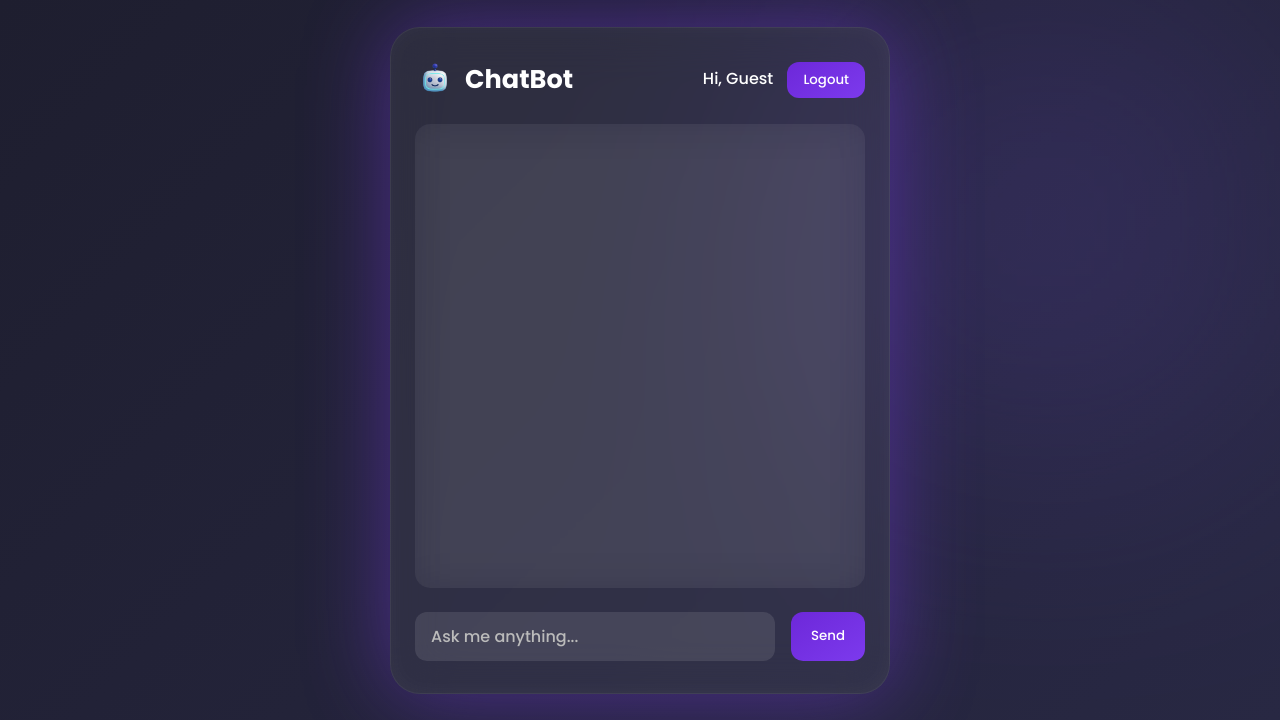
Repository: Punith-Singh/chatbot
Page: frontend/home.html
The author's editor kept a copy of each file at every save. The page is drawn from the files as they stood at one save, then again after a run of saves.
The browser window is 1280 px wide. The pictures show the whole page.

Above is the page before, as saved 2025-07-20 14:17:57.

After the next 2 saves:
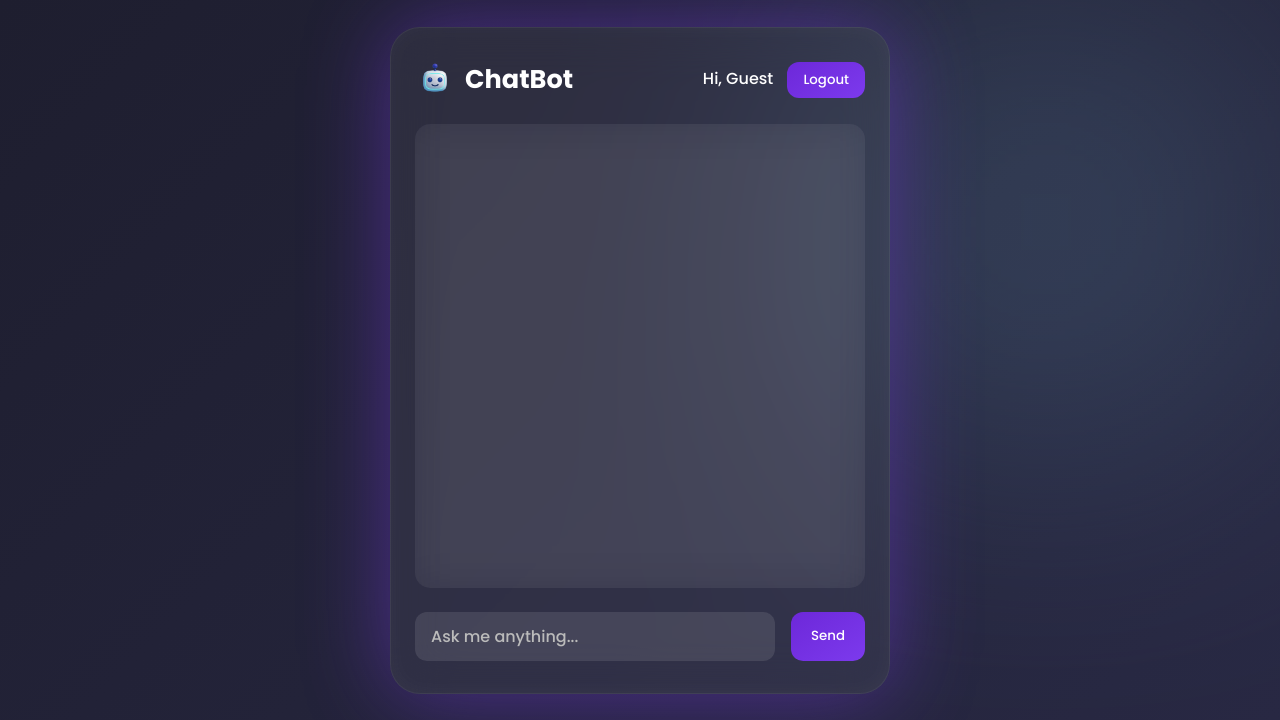
The 2 saves are shown as one change because they came seconds apart.
The last was saved 14 s later.
--- a/frontend/home.html
+++ b/frontend/home.html
@@ -28,7 +28,7 @@
       left: 70%;
       width: 300px;
       height: 300px;
-      background: #7f5af0;
+      background: skyblue;
       filter: blur(150px);
       opacity: 0.4;
       z-index: 0;

After the 2 saves that followed:
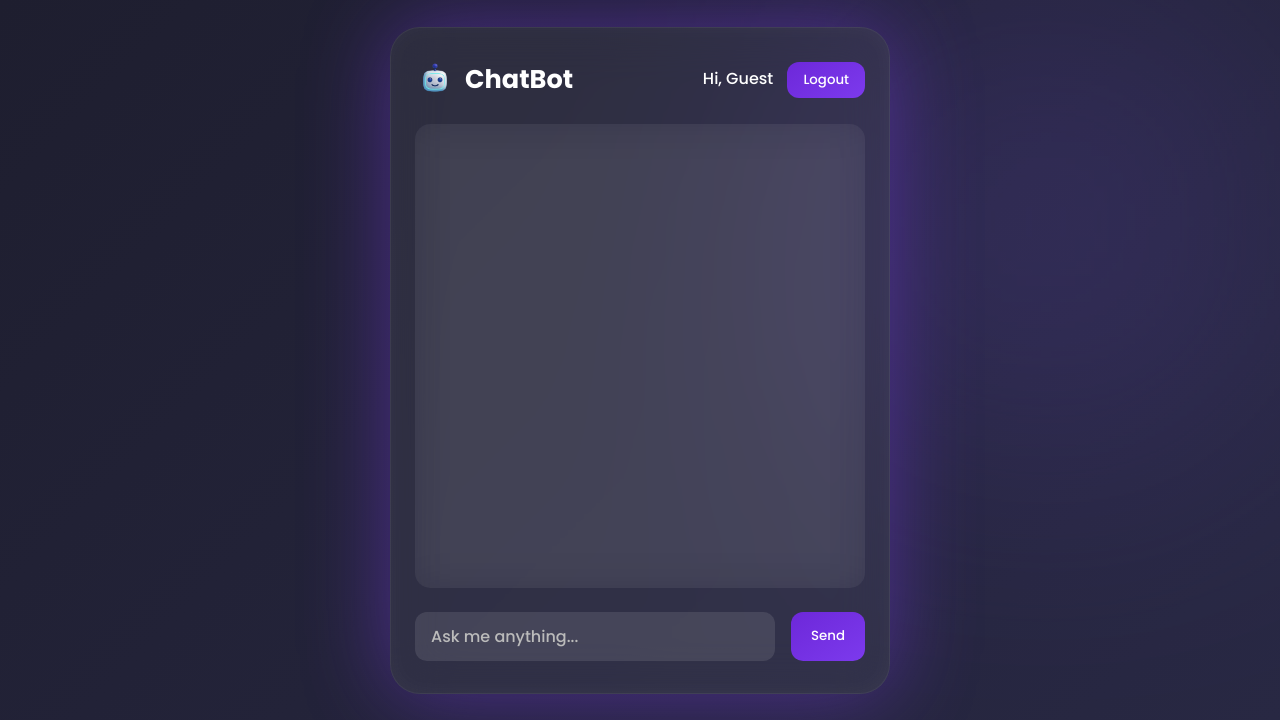
The 2 saves are shown as one change because they came seconds apart.
The last was saved 12 s later.
--- a/frontend/home.html
+++ b/frontend/home.html
@@ -28,7 +28,7 @@
       left: 70%;
       width: 300px;
       height: 300px;
-      background: skyblue;
+      background: #7f5af0;
       filter: blur(150px);
       opacity: 0.4;
       z-index: 0;
